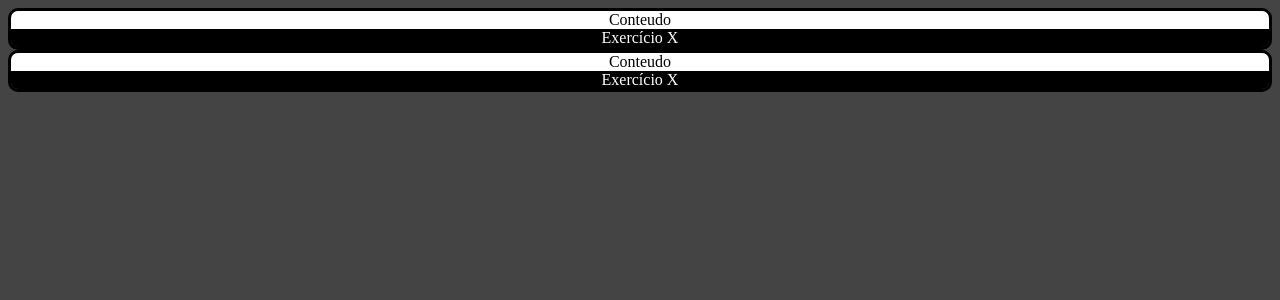
Repository: ClaytonEduard/fundamentos-react
Page: /
The author's editor kept a copy of each file at every save. The page is drawn from the files as they stood at one save, then again after the next save.
The browser window is 1280 px wide. The pictures show the whole page.
The project was rebuilt for these pictures with package versions that can differ from the ones it lists, and the page was loaded fresh each time. Also part of the build but not shown: src/components/Primeiro.jsx, src/components/ComParametro.jsx, src/components/ComFilhos.jsx.

Above is the page before, as saved 2022-06-18 10:30:32.

After the next save:
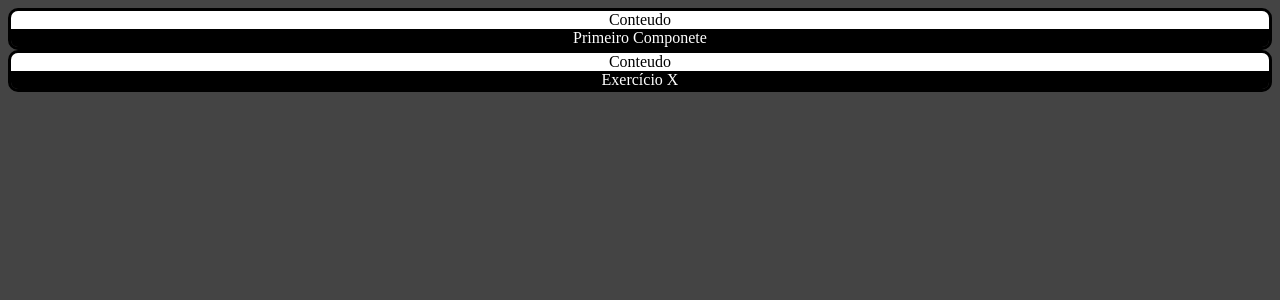
Saved 10 s later.
--- a/src/index.js
+++ b/src/index.js
@@ -11,7 +11,7 @@ import Card from './components/layout/Card';
 // iniciando a rederização
 ReactDOM.render(
     <div>
-        <Card titulo='Exercício X'>
+        <Card titulo='Primeiro Componete'>
             Conteudo
         </Card>
         <Card titulo='Exercício X'>
